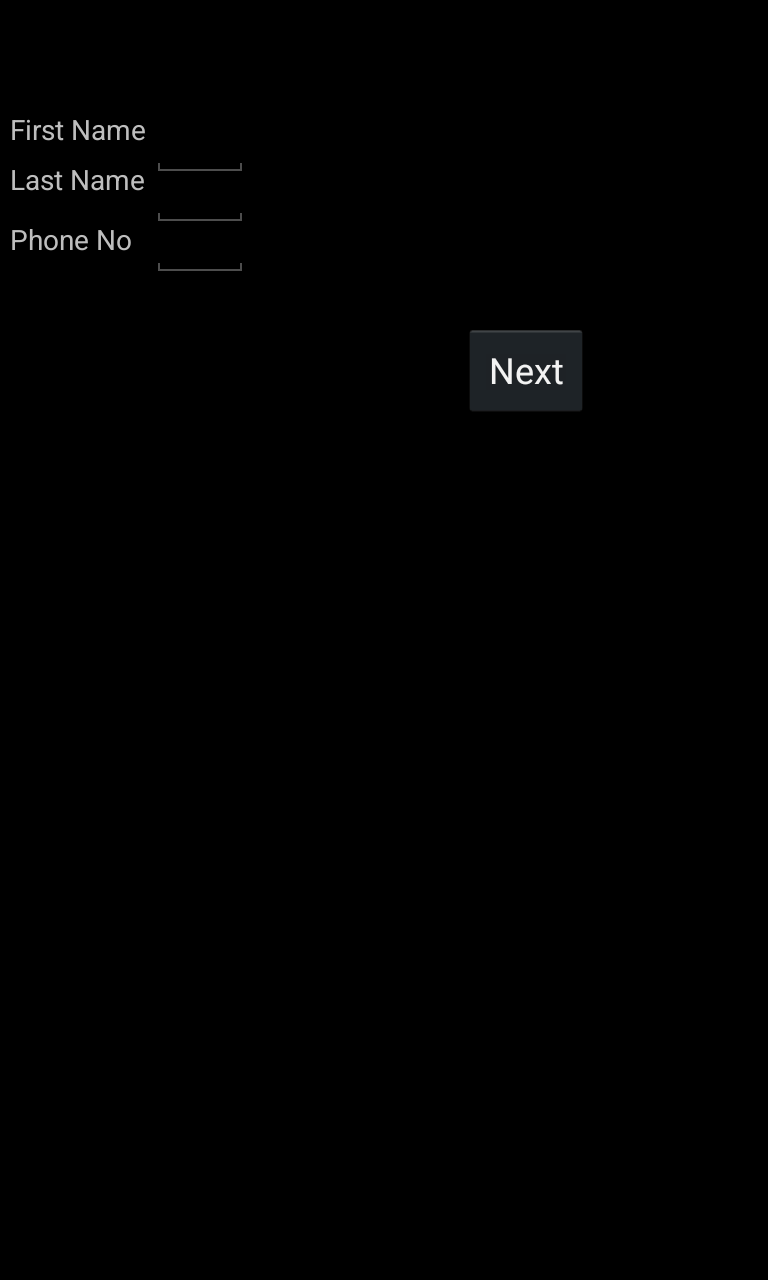
Repository: MobileAffairsLTD/AndroidDemos
Layout: 2.UI_Toast_Alert/res/layout/main.xml
The author's editor kept a copy of each file at every save. The layout is drawn from the files as they stood at one save, then again after the next save.
It is drawn on a 768 x 1280 px phone screen (xhdpi) without system bars, with theme android:Theme.Holo; the app's code is not run.

Above is the layout before, as saved 2012-04-17 21:47:56.

After the next save:
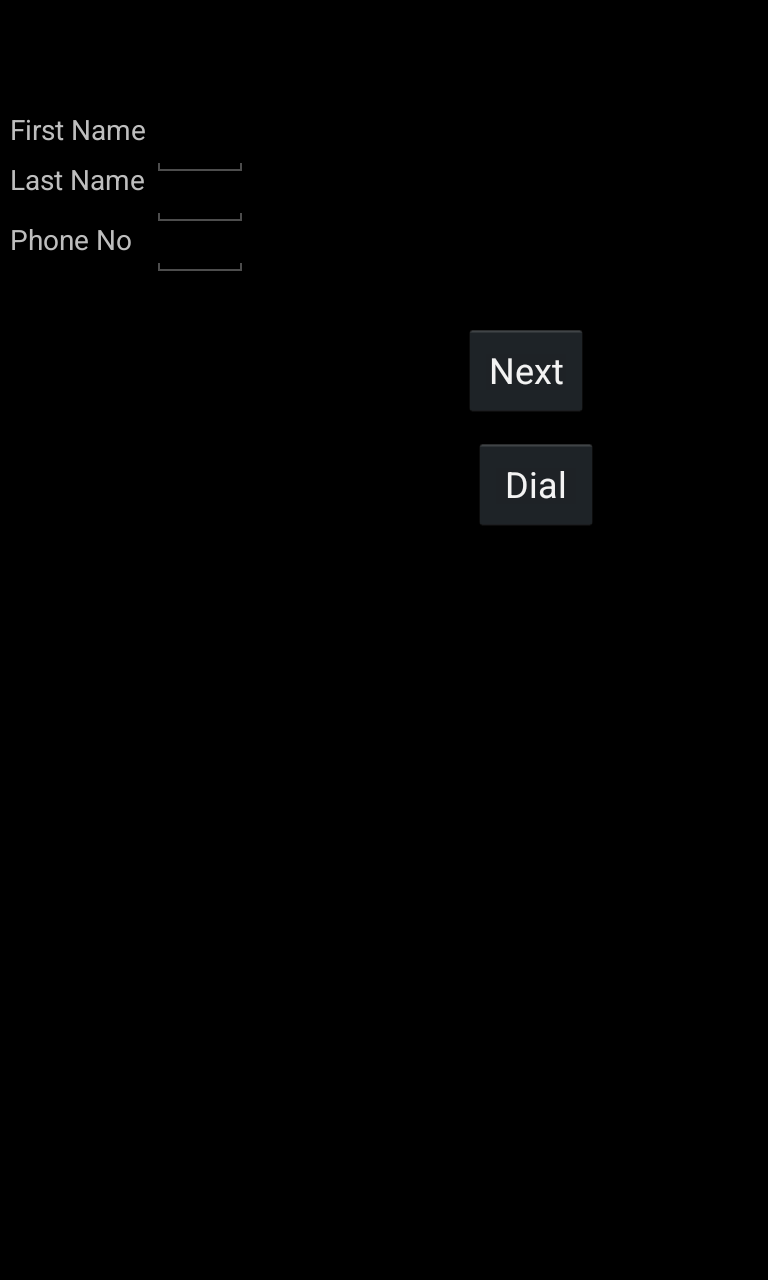
Saved 80 s later.
--- a/2.UI_Toast_Alert/res/layout/main.xml
+++ b/2.UI_Toast_Alert/res/layout/main.xml
@@ -46,4 +46,12 @@
 	    	    android:layout_y="161dp"
 	    	    android:text="Next" />
 
+	    	<Button
+	    	    android:id="@+id/Button01"
+	    	    android:layout_width="wrap_content"
+	    	    android:layout_height="wrap_content"
+	    	    android:layout_x="236dp"
+	    	    android:layout_y="218dp"
+	    	    android:text="Dial" />
+
 	</AbsoluteLayout>
